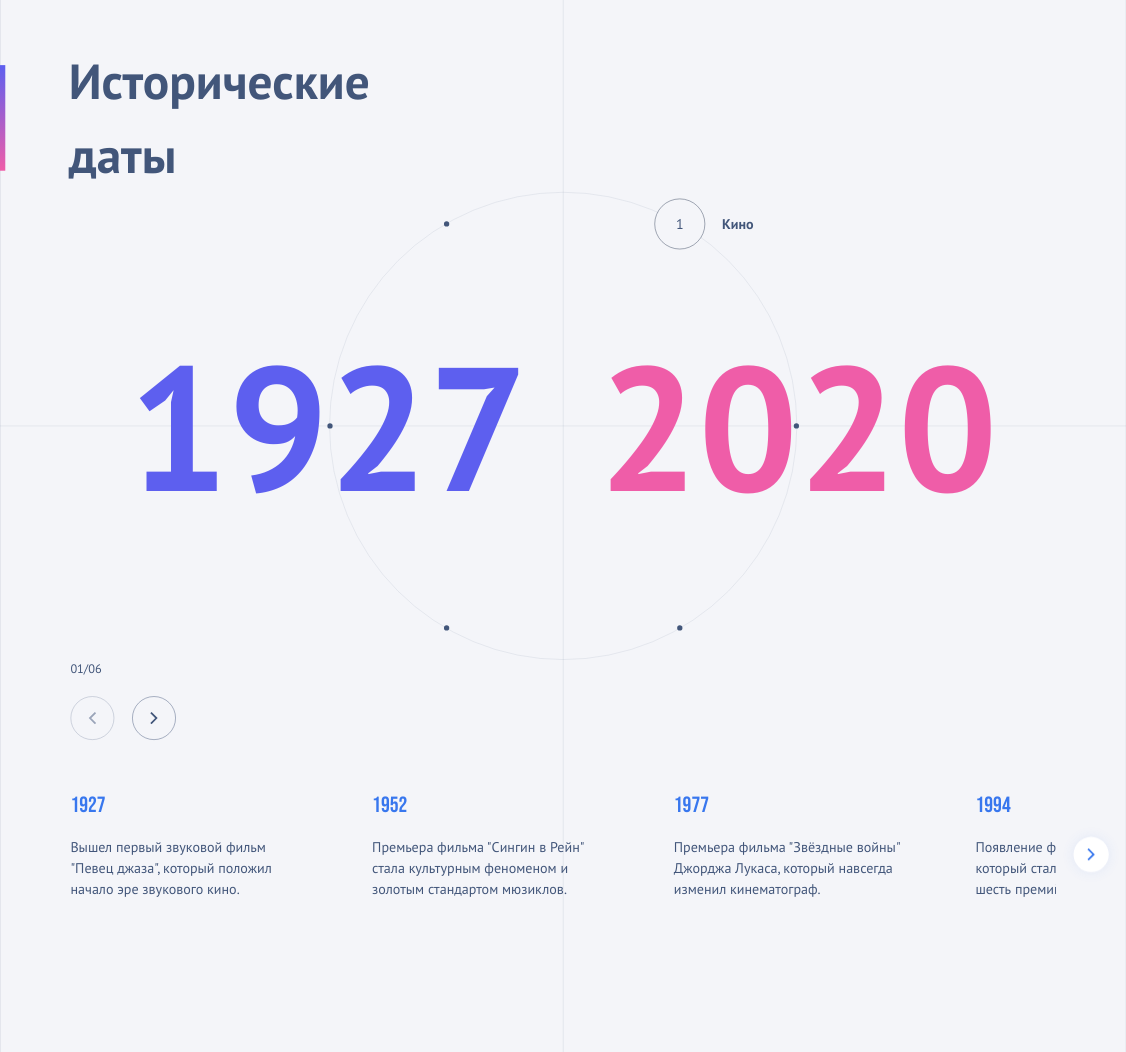
Repository: LenarTulupov/only
Page: /
These files come from the project's save history. The page is drawn as it stood at one moment and after the next save; the edit follows.
The browser window is 1280 px wide. The pictures show the whole page, at 88% of full size.
The project was rebuilt for these pictures with package versions that can differ from the ones it lists, and the page was loaded fresh each time.

Above is the page before, as saved 2024-12-19 17:36:31.

### public/index.html
<!DOCTYPE html>
<html lang="en">
  <head>
    <meta charset="utf-8" />
    <link rel="icon" href="%PUBLIC_URL%/favicon.ico" />
    <meta name="viewport" content="width=device-width, initial-scale=1" />
    <meta name="theme-color" content="#000000" />
    <meta
      name="description"
      content="Web site created using create-react-app"
    />
    <link rel="apple-touch-icon" href="%PUBLIC_URL%/logo192.png" />
    <link rel="manifest" href="%PUBLIC_URL%/manifest.json" />
    <title>Only Test</title>
  </head>
  <body>
    <noscript>You need to enable JavaScript to run this app.</noscript>
    <div id="root"></div>
  </body>
</html>

### src/index.tsx
import React from 'react';
import ReactDOM from 'react-dom/client';
import Router from './router/router';
import './globals.scss'

const root = ReactDOM.createRoot(
  document.getElementById('root') as HTMLElement
);
root.render(
  <React.StrictMode>
    <Router />
  </React.StrictMode>
);

### src/router/router.tsx
import { BrowserRouter, Route, Routes } from "react-router-dom";
import HomePage from "../pages/home/page";
import PagesLayout from "../layouts/pages-layout";

export default function Router() {
  return (
    <BrowserRouter>
      <Routes>
        <Route element={<PagesLayout />}>
          <Route path="/" element={<HomePage />} />
        </Route>
      </Routes>
    </BrowserRouter>
  )
};

### src/globals.scss
@import url('https://fonts.googleapis.com/css2?family=Bebas+Neue&family=PT+Sans:wght@400;700&display=swap');

:root {
  --background-color: #F4F5F9;
  --main-color: #42567a;
  --main-color-rgba: rgba(66, 86, 122, 0.5);
  --accent-color: #5D5FEF;
  --light-accent-color: #3877EE;
  --accent-second: #EF5DA8;
  --font-main: "PT Sans", serif;
  --font-second: "Bebas Neue", serif;
  --line-height: 150%;
  --font-size-main: 56px;
  --font-size-small: 14px;
  --font-size-big: 200px;
}
body {
  margin: 0;
  padding: 0;
  background-color: var(--background-color);
  color: var(--black-color);
  font-family: var(--font-main);
  line-height: var(--line-height);
}
ul {
  padding: 0;
  margin: 0;
}

li {
  list-style-type: none;
}

a {
  color: var(--black-color);
  text-decoration: none;
}

h1 {
  margin: 0;
}

### src/pages/home/page.tsx
import Container from "../../components/ui/container/container";
import Divider from "../../components/ui/divider/divider";
import HistorySection from "./history/history";
import styles from './page.module.scss';

export default function HomePage() {
  return (
    <div className={styles['home-page']}>
      <Container>
        <div className={styles['home-page__wrapper']}>
          <Divider
            position="vertical"
            className={styles.divider_vertical}
          />
          <HistorySection />
        </div>
      </Container>
    </div>
  )
};

### src/layouts/pages-layout.tsx
import { Outlet } from 'react-router-dom';
import styles from './pages-layout.module.scss';

export default function PagesLayout() {
  return (
    <div className={styles['pages-layout']}>
      <Outlet />
    </div>
  )
};

### src/components/ui/container/container.tsx
import { ReactNode } from "react"
import styles from './container.module.scss';

interface IContainer {
  children: ReactNode;
}

export default function Container({ children }: IContainer) {
  return (
    <div className={styles.container}>
      {children}
    </div>
  )
};

### src/components/ui/divider/divider.tsx
import styles from './divider.module.scss';

interface IDivider {
  position?: 'horizontal' | 'vertical';
  className?: string;
}

export default function Divider({
  position = 'horizontal', className }: IDivider) {
  return <div className={`
    ${styles.divider}
    ${styles[`divider_${position}`]}
    ${className || ''}
  `}/>
};

### src/pages/home/history/history.tsx
import { useState } from "react";
import Title from "../../../components/ui/title/title";
import { circleItems } from "../../../constants/circle-items";
import Circle from "./circle/circle";
import styles from './history.module.scss';
import StepNavigation from "./step-navigation/step-navigation";
import ContentContainer from "../../../components/ui/content-container/content-container";
import Divider from "../../../components/ui/divider/divider";
import Dates from "./dates/dates";
import HistorySlider from "./history-slider/history-slider";

export default function HistorySection() {
  const [activeButton, setActiveButton] = useState<number>(1);
  const activeCategory = circleItems.find((item) => item.id === activeButton);
  const firstDate = activeCategory?.events[0]?.year;
  const lastDate = activeCategory?.events.at(-1)?.year;
  return (
    <section className={styles.history}>
      <Title className={styles.history__title} showBefore>
        Исторические даты
      </Title>
      <div className={styles['history__circle-wrapper']}>
        <Circle
          className={styles.history__circle}
          activeButton={activeButton}
          setActiveButton={setActiveButton}
        />
        <Divider
          position="horizontal"
          className={styles['history__line-center']}
        />
        <Dates
          className={styles.history__dates}
          firstDate={firstDate}
          lastDate={lastDate}
        />
      </div>
      <ContentContainer className={styles['history__content-container']}>
        <StepNavigation
          activeButton={activeButton}
          setActiveButton={setActiveButton}
        />
        <HistorySlider
          activeCategory={activeCategory}
        />
      </ContentContainer>
    </section>
  )
};

### src/pages/home/page.module.scss
.home-page {
  &__wrapper {
    position: relative;
    min-height: 100vh;
    .divider_vertical {
      position: absolute;
      top: 0;
      left: 50%;
      transform: translateX(-50%);
      z-index: -10;
    }
  }

  &__wrapper::before {
    content: "";
    position: absolute;
    top: 0;
    bottom: 0;
    left: 0;
    width: 1px;
    background-color: var(--main-color);
    opacity: 0.1;
  }

  &__wrapper::after {
    content: "";
    position: absolute;
    top: 0;
    bottom: 0;
    right: 0;
    width: 1px;
    background-color: var(--main-color);
    opacity: 0.1;
  }
}
@media(max-width: 768px) {
  .divider_vertical {
    display: none;
  }
}

### src/components/ui/container/container.module.scss
.container {
  max-width: 1440px;
  margin: 0 auto;
}

### src/components/ui/divider/divider.module.scss
.divider {
  background-color: var(--main-color);
  opacity: 0.1;
  &_horizontal {
    width: 100%;
    height: 1px;
  }
  &_vertical {
    width: 1px;
    height: 100%;
  }
}

### src/components/ui/title/title.tsx
import { ReactNode } from 'react';
import styles from './title.module.scss';

interface ITitle {
  children: ReactNode;
  className?: string;
  color?: 'main' | 'blue' | 'light-blue' | 'pink';
  size?: 'main' | 'small'| 'big';
  showBefore?: boolean;
}

export default function Title({
  children,
  className,
  color = 'main',
  size = 'main',
  showBefore = false }: ITitle) {
  return (
    <h1
      className={`
        ${styles.title}
        ${className || ''}
        ${styles[`title__color-${color}`]}
        ${styles[`title__size-${size}`]}
        ${showBefore ? styles['title_before'] : ''}
      `}>
      {children}
    </h1>
  )
};

### src/pages/home/history/circle/circle.tsx
import { useEffect, useRef, Dispatch, SetStateAction } from 'react';
import { gsap } from 'gsap';
import { circleItems } from '../../../../constants/circle-items';
import styles from './circle.module.scss';

interface ICircle {
  className?: string;
  activeButton: number;
  setActiveButton: Dispatch<SetStateAction<number>>;
}

export default function Circle({
  className,
  activeButton,
  setActiveButton }: ICircle) {
  const circleRef = useRef<HTMLDivElement>(null);
  const buttonsRef = useRef<HTMLDivElement[]>([]);

  const handleActiveButton = (btnId: number) => {
    setActiveButton(btnId);
  };

  useEffect(() => {
    const rotationAngle = (1 - activeButton) * 60;
    gsap.to(circleRef.current, {
      rotate: rotationAngle,
      duration: 0.5,
      ease: 'power2.out',
    });

    buttonsRef.current.forEach((btn) => {
      let buttonRotation = 0;

      switch (activeButton) {
        case 2:
          buttonRotation = 60;
          break;
        case 3:
          buttonRotation = 120;
          break;
        case 4:
          buttonRotation = 180;
          break;
        case 5:
          buttonRotation = 240;
          break;
        case 6:
          buttonRotation = 300;
          break;
        default:
          buttonRotation = 0;
          break;
      }

      gsap.to(btn, {
        rotate: buttonRotation,
        duration: 0.5,
        ease: 'power2.out',
      });
    });
  }, [activeButton]);

  return (
    <div ref={circleRef} className={`${styles.circle} ${className || ''}`}>
      {circleItems.map((item, index) => {
        const btnId = index + 1;
        return (
          <div
            key={btnId}
            ref={(el) => (buttonsRef.current[index] = el!)}
            className={`
                ${styles[`circle__btn-${btnId}`]}
                ${styles.circle__btn}
                ${activeButton === btnId ? styles.active : ''}
              `}
            onClick={() => handleActiveButton(btnId)}
          >
            {btnId}
            <span
              className={`
                  ${styles['sub-title']}
                  ${activeButton === btnId ? styles.active : ''}
                `}
            >
              {item.category}
            </span>
          </div>
        );
      })}
    </div>
  );
}

### src/pages/home/history/history.module.scss
.history {
  padding: 50px 0;
  &__title {
    padding-left: 78px;
    width: 353px;
  }
  &__circle-wrapper {
    position: relative;
  }
  &__circle {
    margin: 0 auto;
  }
  &__line-center {
    position: absolute;
    top: 50%;
    left: 0;
    transform: translateY(-50%);
    z-index: -10;
  }
}
@media (max-width: 1100px) {
  .history__dates {
    font-size: 150px;
    gap: 190px !important;
  }
}
@media (max-width: 992px) {
  .history {
    &__title {
      font-size: 46px;
      padding-left: 40px;
    }
  }
}
@media (max-width: 900px) {
  .history__dates {
    font-size: 120px;
  }
}
@media (max-width: 768px) {
  .history {
    &__title {
      font-size: 36px;
      width: 230px;
    }
    &__circle {
      display: none;
    }
    &__circle-wrapper {
      margin: 40px 0;
    }
    &__dates {
      justify-content: center;
      font-size: 100px;
      position: static !important;
      gap: 50px !important;
      transform: translate(0) !important;
      text-align: center;
    }
    &__line-center {
      display: none;
    }
    &__content-container {
      display: flex;
      flex-direction: column;
      & > :nth-child(1) {
        order: 2;
      }

    }
  }
}
@media(max-width: 568px) {
  .history__dates {
    font-size: 80px;
  }
}
@media(max-width: 480px) {
  .history__title {
    padding-left: 20px;
  }
}

### src/pages/home/history/step-navigation/step-navigation.tsx
import { Dispatch, SetStateAction } from "react";
import NavigationButtons from "./navigation-buttons/navigation-buttons";
import SliderStep from "./slider-step/slider-step";
import styles from './step-navigation.module.scss';

interface IStepNavigation {
  className?: string;
  activeButton: number;
  setActiveButton: Dispatch<SetStateAction<number>>;
}

export default function StepNavigation({
  className,
  activeButton,
  setActiveButton }: IStepNavigation) {

    const handleNext = () => {
      setActiveButton((p) => (p < 6 ? p + 1 : 1));
    };

    const handlePrev = () => {
      setActiveButton((p) => (p > 1 ? p - 1 : 6));
    };

    return (
      <div className={`${styles['step-navigation']} ${className || ''}`}>
        <SliderStep activeButton={activeButton} />
        <NavigationButtons
          handleNext={handleNext}
          handlePrev={handlePrev}
          isBeginning={activeButton === 1}
          isEnd={activeButton === 6}
        />
      </div>
    );
};

### src/components/ui/content-container/content-container.tsx
import { ReactNode } from 'react';
import styles from './content-container.module.scss';

interface IContentContainer {
  children: ReactNode;
  className?: string;
}

export default function ContentContainer({
  children, className }: IContentContainer) {
  return (
    <div className={`${styles['content-container']} ${className || ''}`}>
      {children}
    </div>
  )
};

### src/pages/home/history/dates/dates.tsx
import { useEffect, useState } from 'react';
import Title from '../../../../components/ui/title/title';
import styles from './dates.module.scss';

interface IDates {
  className?: string;
  firstDate: string;
  lastDate: string;
}

export default function Dates({ className, firstDate, lastDate }: IDates) {
  const [currentFirstDate, setCurrentFirstDate] = useState(Number(firstDate));
  const [currentLastDate, setCurrentLastDate] = useState(Number(lastDate));

  useEffect(() => {
    const animateNumber = (
      from: number,
      to: number,
      setNumber: React.Dispatch<React.SetStateAction<number>>
    ) => {
      const stepTime = 20;
      const steps = 50;
      const delta = (to - from) / steps;

      let currentStep = 0;
      const interval = setInterval(() => {
        currentStep += 1;
        const nextValue = from + delta * currentStep;
        setNumber(Math.round(nextValue));

        if (currentStep >= steps) {
          clearInterval(interval);
          setNumber(to);
        }
      }, stepTime);
    };

    animateNumber(Number(currentFirstDate), Number(firstDate), setCurrentFirstDate);
    animateNumber(Number(currentLastDate), Number(lastDate), setCurrentLastDate);
  }, [firstDate, lastDate]);
  return (
    <div className={`${styles.dates} ${className || ''}`}>
      <Title className={className} color='blue' size='big'>{currentFirstDate}</Title>
      <Title className={className} color='pink' size='big'>{currentLastDate}</Title>
    </div>
  )
};

### src/components/ui/title/title.module.scss
.title {
  line-height: 150%;
  position: relative;
  &::before {
    content: "";
    position: absolute;
    top: 50%;
    transform: translateY(-50%);
    left: 0;
    height: 120px;
    width: 6px;
    background: linear-gradient(to bottom, var(--accent-color) 0%, var(--accent-second) 100%);
    visibility: hidden;
  }
  &.title_before::before {
    visibility: visible;
    @media(max-width: 768px) {
      visibility: hidden;
    }
  }
  &__color-main {
    color: var(--main-color);
  }

  &__color-blue {
    color: var(--accent-color);
  }
  &__color-light-blue {
    color: var(--light-accent-color);
  }

  &__color-pink {
    color: var(--accent-second);
  }

  &__size-main {
    font-size: var(--font-size-main);
  }
  &__size-small {
    font-size: var(--font-size-small);
  }

  &__size-big {
    font-size: var(--font-size-big);
  }
}

### src/pages/home/history/circle/circle.module.scss
.circle {
  position: relative;
  width: 530px;
  height: 530px;
  border: 1px solid rgba(66, 86, 122, 0.1);
  border-radius: 100%;
  display: flex;
  justify-content: center;
  align-items: center;
  transform-origin: center;
}

.circle__btn {
  position: absolute;
  display: flex;
  align-items: center;
  justify-content: center;
  width: 6px;
  height: 6px;
  border: none;
  background-color: var(--main-color);
  border-radius: 100%;
  color: var(--main-color);
  line-height: 30px;
  font-size: 0;
  cursor: pointer;
  transition: width 0.3s ease-in-out, height 0.3s ease-in-out, font-size 0.3s ease-in-out;
}

.circle__btn::before {
  content: "";
  position: absolute;
  top: 50%;
  left: 50%;
  transform: translate(-50%, -50%);
  width: 25px;
  height: 25px;
  border-radius: 100%;
  background: transparent;
}

.sub-title {
  position: absolute;
  top: 50%;
  left: 0;
  transform: translateY(-50%);
  margin-left: 76px;
  font-weight: bold;
  opacity: 0;
  transition: opacity 0.3s ease-in-out;
}

.sub-title.active {
  opacity: 1;
}

.circle__btn:hover,
.circle__btn.active {
  width: 56px;
  height: 56px;
  font-size: 16px;
  background-color: #f4f5f9;
  outline: 1px solid rgba(48, 62, 88, 0.5);
}

.circle__btn-1 {
  transform: rotate(300deg) translateX(265px) rotate(-300deg);
}
.circle__btn-2 {
  transform: rotate(0deg) translateX(265px) rotate(0deg);
}
.circle__btn-3 {
  transform: rotate(60deg) translateX(265px) rotate(-60deg);
}
.circle__btn-4 {
  transform: rotate(120deg) translateX(265px) rotate(-120deg);
}
.circle__btn-5 {
  transform: rotate(180deg) translateX(265px) rotate(-180deg);
}
.circle__btn-6 {
  transform: rotate(240deg) translateX(265px) rotate(-240deg);
}

### src/pages/home/history/step-navigation/navigation-buttons/navigation-buttons.tsx
import ArrowButton from '../../../../../components/ui/arrow-button/arrow-button';
import styles from './navigation-buttons.module.scss';

interface INavigationButtons {
  handleNext: () => void;
  handlePrev: () => void;
  isBeginning: boolean;
  isEnd: boolean;
}

export default function NavigationButtons({
  handleNext,
  handlePrev,
  isBeginning,
  isEnd }: INavigationButtons) {
  return (
    <div className={styles['navigation-buttons']}>
      <ArrowButton
        onClick={handlePrev}
        disabled={isBeginning}
      />
      <ArrowButton
        rotation='right'
        onClick={handleNext}
        disabled={isEnd}
      />
    </div>
  );
};

### src/pages/home/history/step-navigation/slider-step/slider-step.tsx
import Title from "../../../../../components/ui/title/title";
import styles from './slider-step.module.scss';

interface ISliderStep {
  activeButton: number;
}

export default function SliderStep({ activeButton }: ISliderStep) {
  return <Title size="small" className={styles.font}>0{activeButton}/06</Title>
};

### src/pages/home/history/step-navigation/step-navigation.module.scss
.step-navigation {
  display: flex;
  flex-direction: column;
  row-gap: 20px;
}

### src/components/ui/content-container/content-container.module.scss
.content-container {
  max-width: 1440px;
  margin: 0 auto;
  padding: 0 80px;
  @media(max-width: 768px) {
    padding: 0 40px;
  }
  @media(max-width: 480px) {
    padding: 0 20px;
  }
}

### src/pages/home/history/dates/dates.module.scss
.dates {
  position: absolute;
  top: 50%;
  left: 50%;
  transform: translate(-50%, -50%);
  display: flex;
  gap: 80px;
  z-index: -1;
}

### src/pages/home/history/history-slider/slider-content/slider-content.tsx
import Text from "../../../../../components/ui/text/text";
import Title from "../../../../../components/ui/title/title";
import styles from './slider-content.module.scss';

interface ISliderContent {
  year: string;
  text: string;
}

export default function SliderContent({ year, text }: ISliderContent) {
  return (
    <div className={styles['slider-content']}>
      <Title
        size="small"
        color="light-blue"
        className={styles['slider-content__title']}
      >
        {year}
      </Title>
      <Text text={text} />
    </div>
  )
};

### src/components/ui/arrow-button/arrow-button.tsx
import styles from './arrow-button.module.scss';

interface IArrowButton {
  rotation?: 'left' | 'right'
  onClick?: () => void;
  slider?: boolean;
  disabled?: boolean;
  className?: string;
}

export default function ArrowButton({
  rotation,
  onClick,
  slider = false,
  disabled = false,
  className}: IArrowButton) {
  return (
    <button
      className={`
        ${styles['arrow-button']}
        ${styles[rotation]}
        ${slider ? styles['arrow-button_slider'] : ''}
        ${className || ''}
        ${disabled ? styles.disabled : ''}
      `}
      onClick={onClick}
      disabled={disabled}
    >
      <svg width="10" height="14" viewBox="0 0 10 14" fill="none" xmlns="http://www.w3.org/2000/svg">
        <path d="M8.49988 0.750001L2.24988 7L8.49988 13.25" stroke="#42567A" stroke-width="2" />
      </svg>
    </button>
  )
};

### src/pages/home/history/history-slider/history-slider.module.scss
:global {
  .swiper {
    margin-bottom: 100px;
  }
  .swiper-pagination {
    --swiper-pagination-bottom: 0 ;
    width: fit-content;
  }
  .swiper-pagination-bullet {
    background-color: var(--main-color);
    opacity: 0.4;
  }
  .swiper-pagination-bullet-active {
    background-color: var(--main-color);
    opacity: 1;
  }
}

.history-slider {
  position: relative;
  margin-top: 56px;
}
.next {
  position: absolute;
  top: 50%;
  transform: translateY(-50%);
  right: -60px;
  z-index: 10;
}
.prev {
  position: absolute;
  top: 50%;
  transform: translateY(-50%);
  left: -60px;
  z-index: 10;
}

.fade-out {
  opacity: 0;
  transition: opacity 0.5s ease;
}
.fade-in {
  opacity: 1;
  transition: opacity 0.5s ease;
}

### src/pages/home/history/step-navigation/navigation-buttons/navigation-buttons.module.scss
.navigation-buttons {
  display: flex;
  column-gap: 20px;
}
.disabled {
  opacity: .5;
  cursor: auto;
}

### src/pages/home/history/step-navigation/slider-step/slider-step.module.scss
.font {
  font-weight: 400;
}

### src/components/ui/text/text.tsx
import styles from './text.module.scss';

interface IText {
  text: string;
}

export default function Text({ text }: IText) {
  return (
    <div className={styles.text}>
        { text }
    </div>
  )
};

### src/pages/home/history/history-slider/slider-content/slider-content.module.scss
.slider-content {
  display: flex;
  flex-direction: column;
  row-gap: 15px;
  cursor: grabbing;
  &__title {
    font-family: var(--font-second);
    font-weight: 400;
    font-size: 25px;
  }
}

### src/components/ui/arrow-button/arrow-button.module.scss
.arrow-button {
  width: 50px;
  height: 50px;
  display: flex;
  align-items: center;
  justify-content: center;
  border: 1px solid var(--main-color-rgba);
  background-color: transparent;
  border-radius: 100%;
  cursor: pointer;
  @media(max-width: 480px) {
    width: 25px;
    height: 25px;
  }
}
.arrow-button_slider {
  width: 40px;
  height: 40px;
  background-color: #fff;
  border: none;
  box-shadow: 0 0 15px 0 rgba(56, 119, 238, 0.1);
  svg path {
    stroke: var(--light-accent-color);
  }
}
.left {
  transform: rotate(0deg);
}
.right {
  transform: rotate(180deg);
}
.disabled {
  opacity: .5;
  cursor: auto;
}

### src/components/ui/text/text.module.scss
.text {
  color: var(--main-color);
}

Loaded but not shown: src/constants/circle-items.ts (122 lines, source omitted); src/pages/home/history/history-slider/history-slider.tsx (131 lines, source omitted); src/layouts/pages-layout.module.scss (no stored copy; drawn as an empty file)

After the next save:
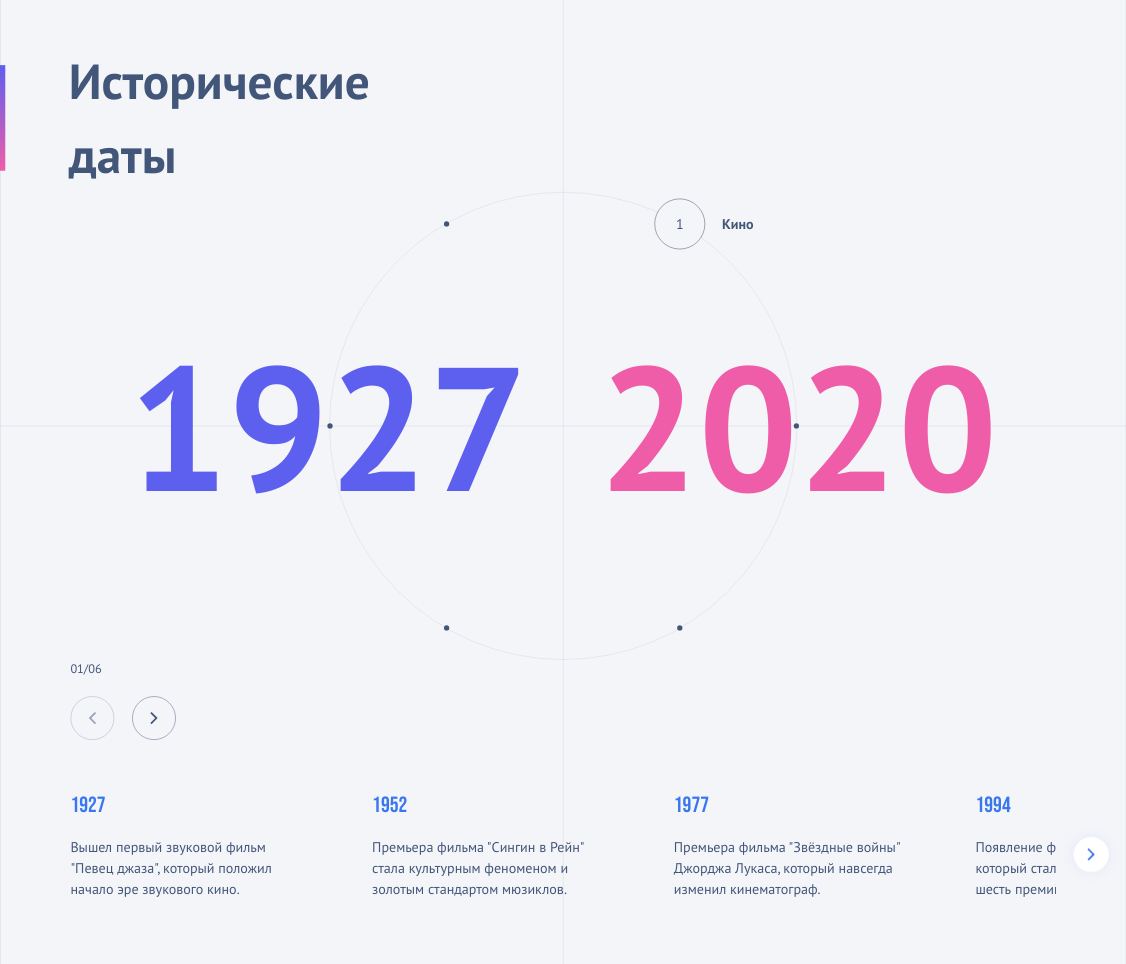
Saved 32 s later.
--- a/src/pages/home/history/history-slider/history-slider.module.scss
+++ b/src/pages/home/history/history-slider/history-slider.module.scss
@@ -1,7 +1,7 @@
 :global {
-  .swiper {
-    margin-bottom: 100px;
-  }
+  // .swiper {
+  //   margin-bottom: 100px;
+  // }
   .swiper-pagination {
     --swiper-pagination-bottom: 0 ;
     width: fit-content;
